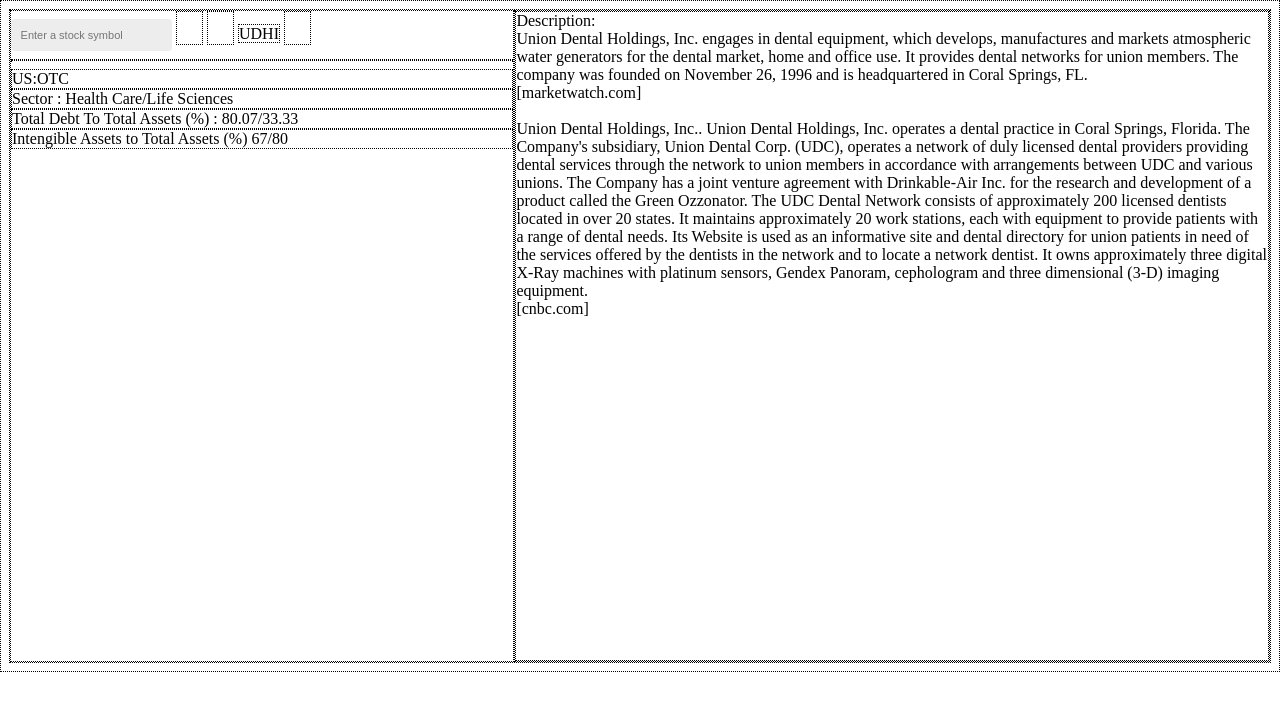
Repository: hadi4172/halal-stock-scanner
Page: popup.html
The author's editor kept a copy of each file at every save. The page is drawn from the files as they stood at one save, then again after the next save.
The browser window is 1280 px wide. The pictures show the whole page.

Above is the page before, as saved 2020-09-24 18:03:19.

### popup.html
<!DOCTYPE html>
<html>

<head>
    <title>Halal Stock Scanner</title>
    <meta charset="UTF-8">
    <script src="popup.js"></script>
    <link rel="stylesheet" href="font-awesome/font-awesome.min.css">
    <link rel="stylesheet" type="text/css" href="popup.css">
</head>

<body>
    <div id=left>
        <input id=input type=text maxlength=5 placeholder="Enter a stock symbol" />
        <i id=search-btn class="fa fa-trash fa-2x"></i>
        <i id=settings-btn class="fa fa-trash fa-2x"></i>
        <span id=symbol>UDHI</span>
        <i id=icon-is-correct-or-no class="fa fa-trash fa-2x"></i>
        <hr>
        <div id=market>US:OTC</div>
        <div id=sector>Sector : Health Care/Life Sciences</div>
        <div id=debt-to-assets>Total Debt To Total Assets (%) : 80.07/33.33</div>
        <div id=intengible-assets-to-total-assets>Intengible Assets to Total Assets (%) 67/80 </div>
    </div>

    <div id=right>
        <div id=description>
            Description: <br />
            Union Dental Holdings, Inc. engages in dental equipment, which develops, manufactures and markets atmospheric water generators for the dental market, home and office use. It provides dental networks for union members. The company was founded on November 26, 1996 and is headquartered in Coral Springs, FL.<br />
            [marketwatch.com]<br /><br />
            Union Dental Holdings, Inc.. Union Dental Holdings, Inc. operates a dental practice in Coral Springs, Florida. The Company's subsidiary, Union Dental Corp. (UDC), operates a network of duly licensed dental providers providing dental services through the network to union members in accordance with arrangements between UDC and various unions. The Company has a joint venture agreement with Drinkable-Air Inc. for the research and development of a product called the Green Ozzonator. The UDC Dental Network consists of approximately 200 licensed dentists located in over 20 states. It maintains approximately 20 work stations, each with equipment to provide patients with a range of dental needs. Its Website is used as an informative site and dental directory for union patients in need of the services offered by the dentists in the network and to locate a network dentist. It owns approximately three digital X-Ray machines with platinum sensors, Gendex Panoram, cephologram and three dimensional (3-D) imaging equipment.<br />
            [cnbc.com]
        </div>
    </div>
</body>

</html>

### popup.css
* {
    border: 1px black dotted;
}

body{
    display:flex;
}

#right{
    width:60%
}

#left{
    width:40%
}

#description{
    height: 90vh;
    overflow: auto;
}

#input{
    max-width: 70%;
    font-size: 11px;
    border: none;
    background: hsl(0 0% 93%);
    border-radius: .25rem;
    padding: .6rem .6rem;
}

Loaded but not shown: font-awesome/font-awesome.min.css (library); popup.js (no copy from this time; the picture is the same without it)

After the next save:
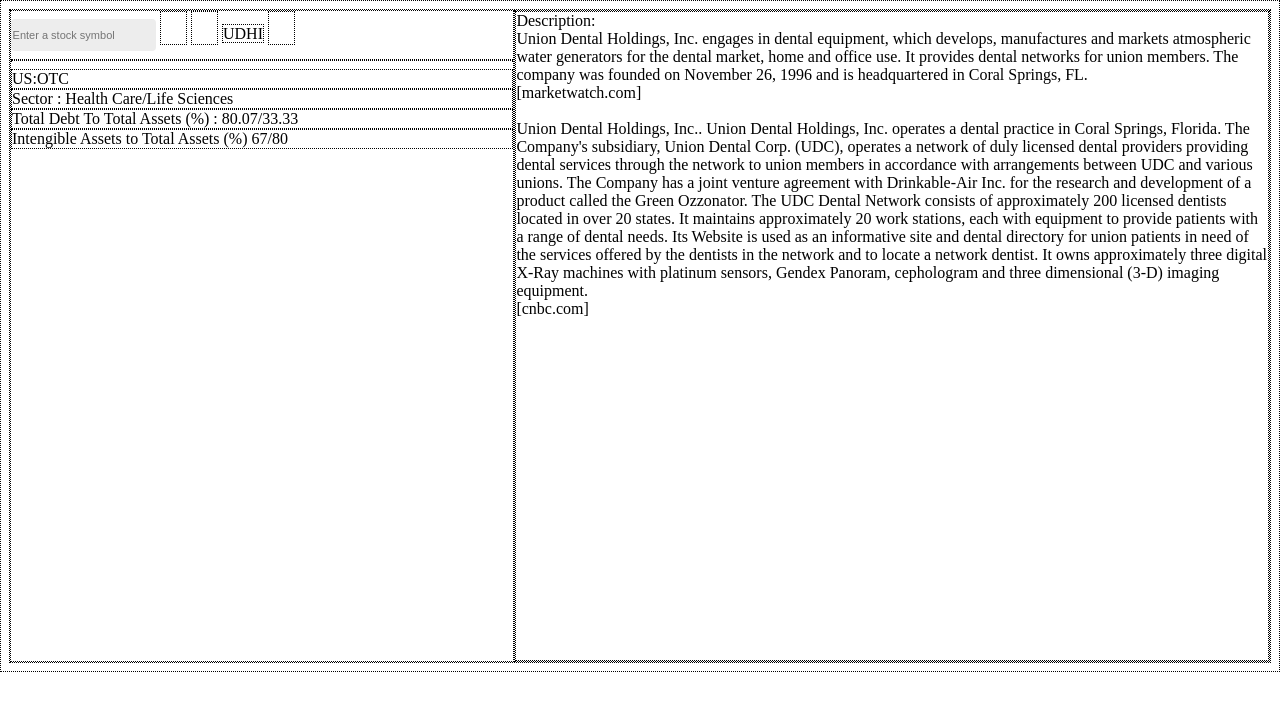
Saved 12 s later.
--- a/popup.css
+++ b/popup.css
@@ -25,5 +25,5 @@
     border: none;
     background: hsl(0 0% 93%);
     border-radius: .25rem;
-    padding: .6rem .6rem;
+    padding: .6rem .1rem;
 }

After the save that followed:
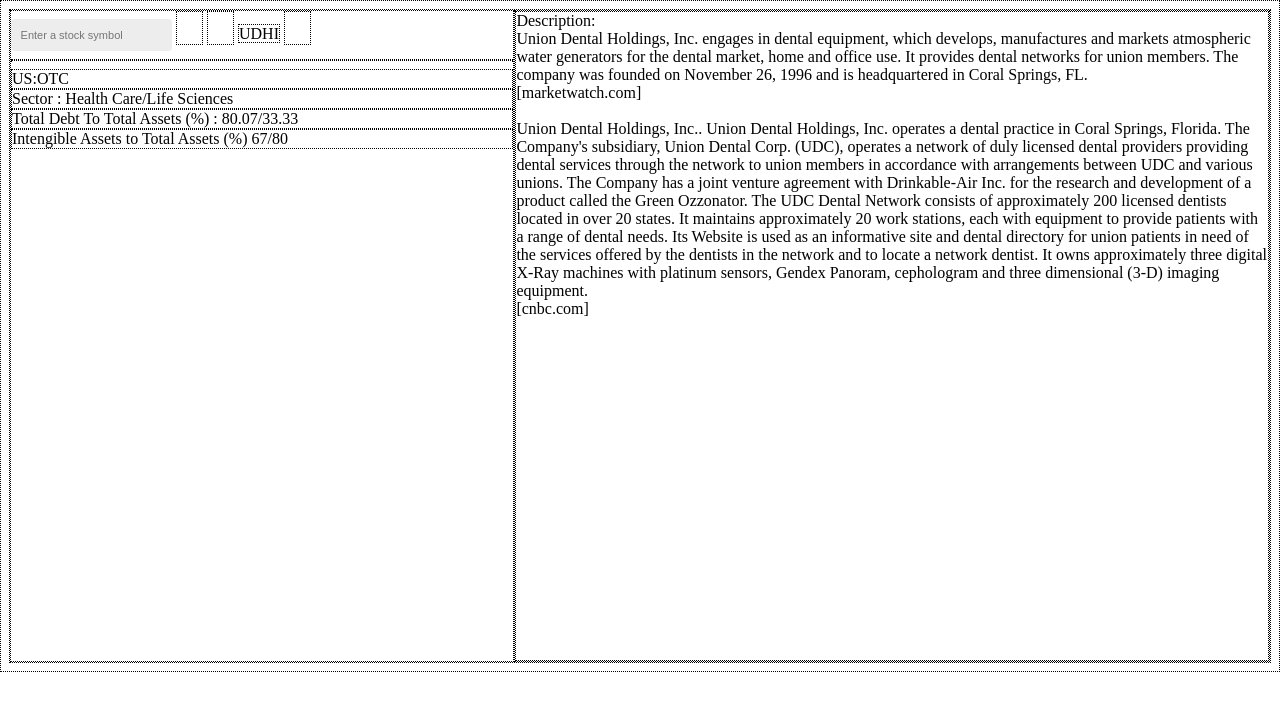
Saved 17 s later.
--- a/popup.css
+++ b/popup.css
@@ -25,5 +25,5 @@
     border: none;
     background: hsl(0 0% 93%);
     border-radius: .25rem;
-    padding: .6rem .1rem;
+    padding: .6rem;
 }
